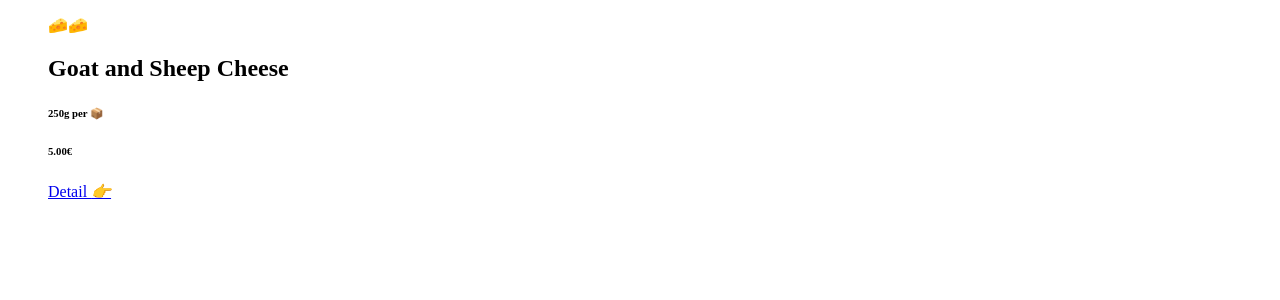
Repository: Kaii-Dev/NODEJS-by-JONAS
Page: 1-node-farm/starter/templates/card.html
These files come from the project's save history. The page is drawn as it stood at one moment and after the next save; the edit follows.
The browser window is 1280 px wide. The pictures show the whole page.

Above is the page before, as saved 2022-08-03 13:53:46.

After the next save:
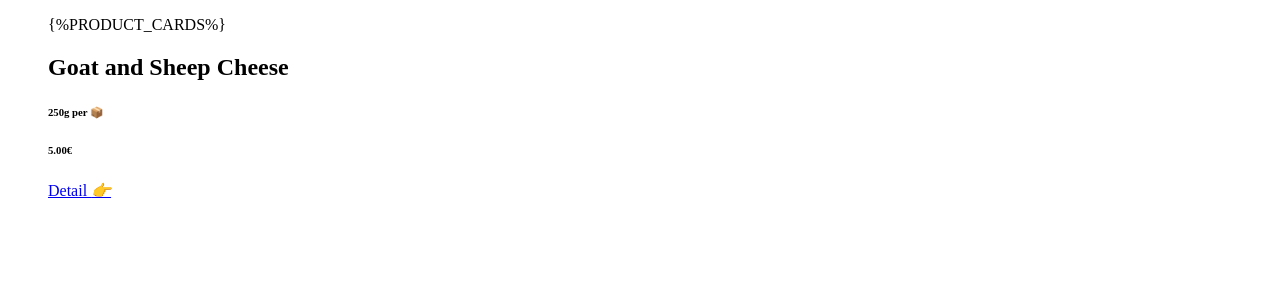
Saved 48 s later.
--- a/1-node-farm/starter/templates/card.html
+++ b/1-node-farm/starter/templates/card.html
@@ -1,5 +1,5 @@
 <figure class="card">
-   <div class="card__emoji">🧀🧀</div>
+   <div class="card__emoji">{%PRODUCT_CARDS%}</div>
    <div class="card__title-box">
      <h2 class="card__title">Goat and Sheep Cheese</h2>
    </div>
